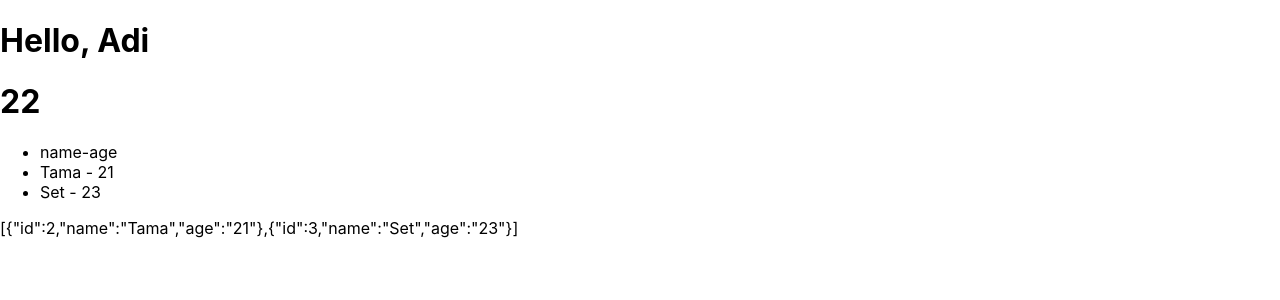
Repository: idaitesamatarp/ifabula
Page: / (app in latihan/)
The author's editor kept a copy of each file at every save. The page is drawn from the files as they stood at one save, then again after a run of saves.
The browser window is 1280 px wide. The pictures show the whole page.
The project was rebuilt for these pictures with package versions that can differ from the ones it lists, and the page was loaded fresh each time. Also part of the build but not shown: latihan/src/App.css.

Above is the page before, as saved 2022-05-30 15:15:26.

### latihan/src/App.js
// import logo from './logo.svg';
import "./App.css";
import React, { Component } from "react";
import UserList from "./component/UserList";

class App extends Component {
  constructor() {
    super();
    this.state = {
      id: 1,
      name: "Adi",
      age: "22",
      users: [
        {
          id: 2,
          name: "Tama",
          age: "21",
        },
        {
          id: 3,
          name: "Set",
          age: "23",
        },
      ],
    };
  }
  render() {
    const { name, age, users } = this.state;
    // console.log("users", users);
    return (
      <div>
        <h1>Hello, {name}</h1>
        <h1>{age}</h1>
        <ul>
          <li>name-age</li>
          {users.map((user) => {
            return (
              <li key={user.id}>
                {user.name} - {user.age}
              </li>
            );
          })}
        </ul>
        {JSON.stringify(users)}
      </div>
    );
  }
}

/* function App() {
  return (
    <div className="App">
      <header className="App-header">
        <img src={logo} className="App-logo" alt="logo" />
        <p>
          Edit <code>src/App.js</code> and save to reload.
        </p>
        <a
          className="App-link"
          href="https://reactjs.org"
          target="_blank"
          rel="noopener noreferrer"
        >
          Learn React
        </a>
      </header>
    </div>
  );
} */

export default App;

### latihan/src/component/UserList.jsx
import React, { Component } from 'react'

export default class UserList extends Component {
    // constructor() {
    //     super()
    //     this.state = {
    //         username: "Mad"
    //     }
    // }

    render() {
    const {user} = this.props
    // console.log('user', user)

    return (
      <div>
        <li>{this.props.user.name} - {user.age}</li>
        {/* <li>{this.state.username}</li> */}
      </div>
    )
  }
}

Loaded but not shown: latihan/public/index.html (common file); latihan/src/index.js (common file); latihan/src/index.css (common file); latihan/src/reportWebVitals.js (common file)

After the next 4 saves:
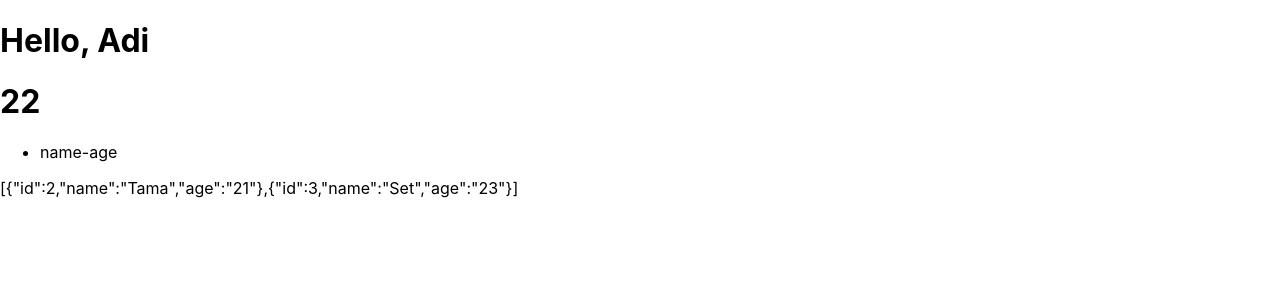
The 4 saves are shown as one change because 1 did not build or start and some came seconds apart.
The last was saved 26 s later.
--- a/latihan/src/App.js
+++ b/latihan/src/App.js
@@ -34,11 +34,12 @@
         <ul>
           <li>name-age</li>
           {users.map((user) => {
-            return (
+            /* return (
               <li key={user.id}>
                 {user.name} - {user.age}
               </li>
-            );
+            ); */
+            return UserList
           })}
         </ul>
         {JSON.stringify(users)}

After the 4 saves that followed:
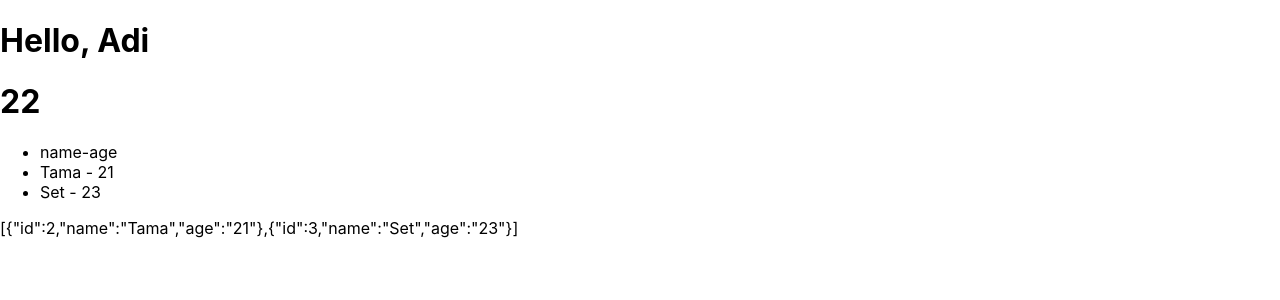
The 4 saves are shown as one change because 1 did not build or start and some came seconds apart.
The last was saved 11 s later.
--- a/latihan/src/App.js
+++ b/latihan/src/App.js
@@ -39,7 +39,7 @@
                 {user.name} - {user.age}
               </li>
             ); */
-            return UserList
+            return <UserList user={user} />;
           })}
         </ul>
         {JSON.stringify(users)}
